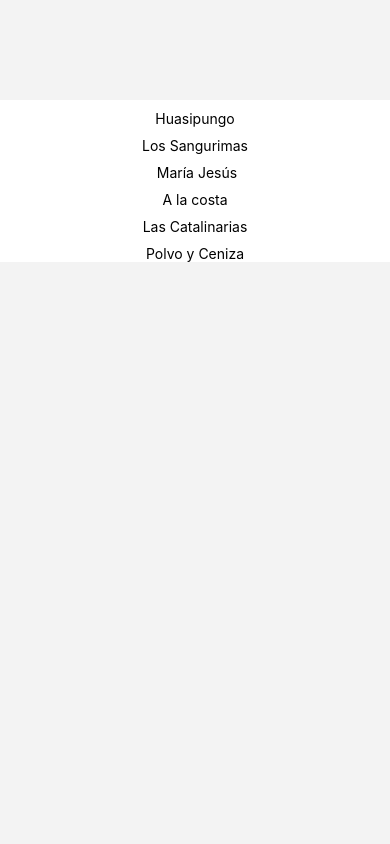
Repository: Henrybaio24/app-lista-libros
Screen: /
The author's editor kept a copy of each file at every save. The screen is drawn from the files as they stood at one save, then again after the next save.
The app was drawn by React Native's web renderer in a window 390 px wide. The project was rebuilt for these pictures with package versions that can differ from the ones it lists, and the page was loaded fresh each time.

Above is the screen before, as saved 2020-02-03 20:01:30.

After the next save:
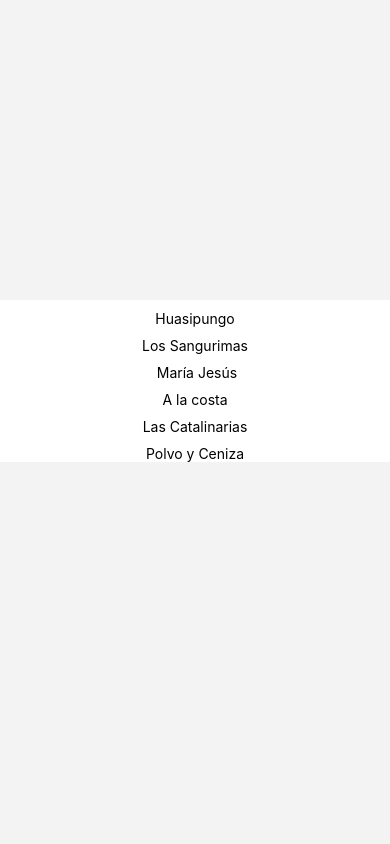
Saved 21 s later.
--- a/App.js
+++ b/App.js
@@ -41,7 +41,7 @@ const styles = StyleSheet.create({
   },
   list: {
     flex: 1,
-    paddingTop: 100,
+    paddingTop: 300,
     backgroundColor: '#F3F3F3'
   },
 });
